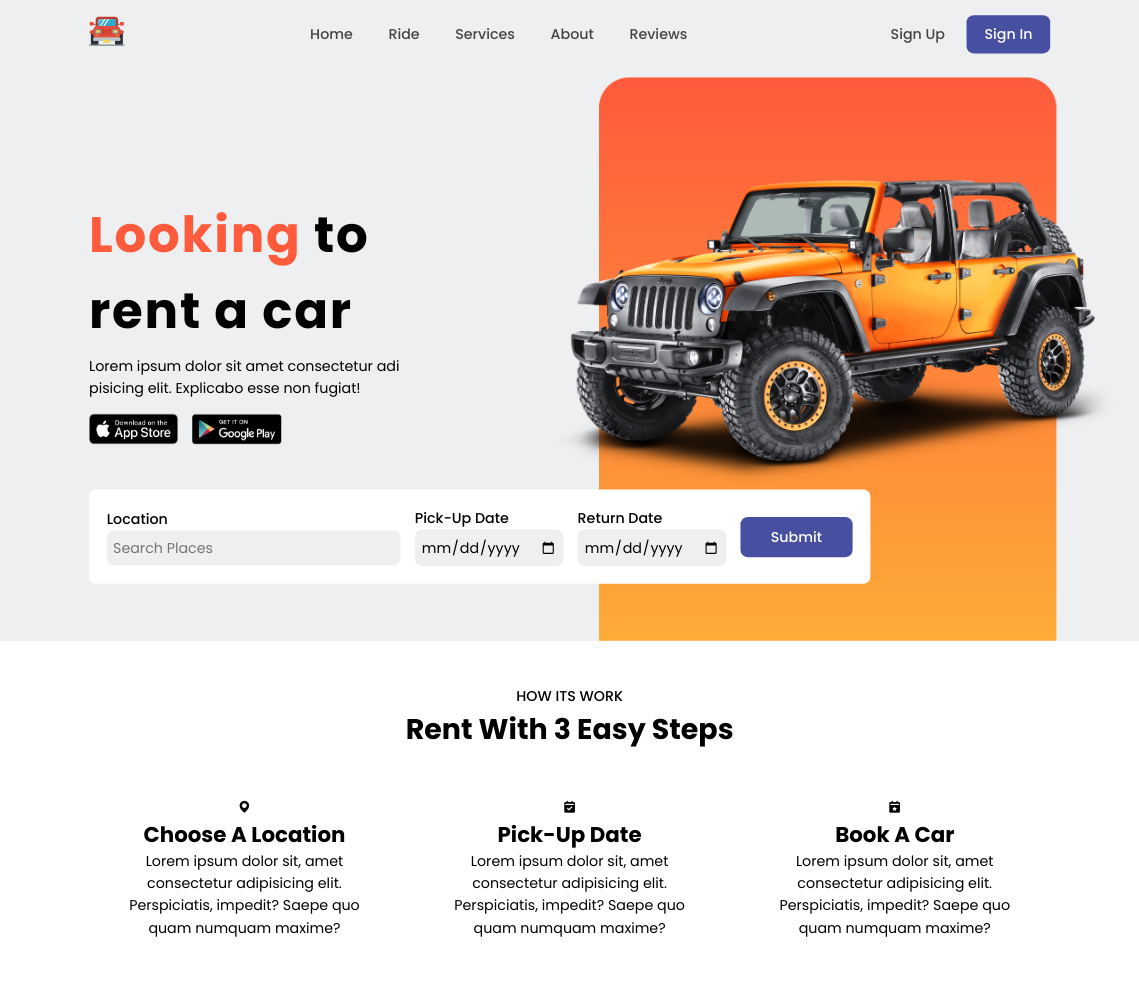
Repository: douglasabnovato/car-rental
Page: index.html
An editor plug-in stored every save of this project. The page is shown before and after the next save, followed by the edit.
The browser window is 1280 px wide. The pictures show the whole page, at 89% of full size.

Above is the page before, as saved 2025-05-16 14:45:23.

After the next save:
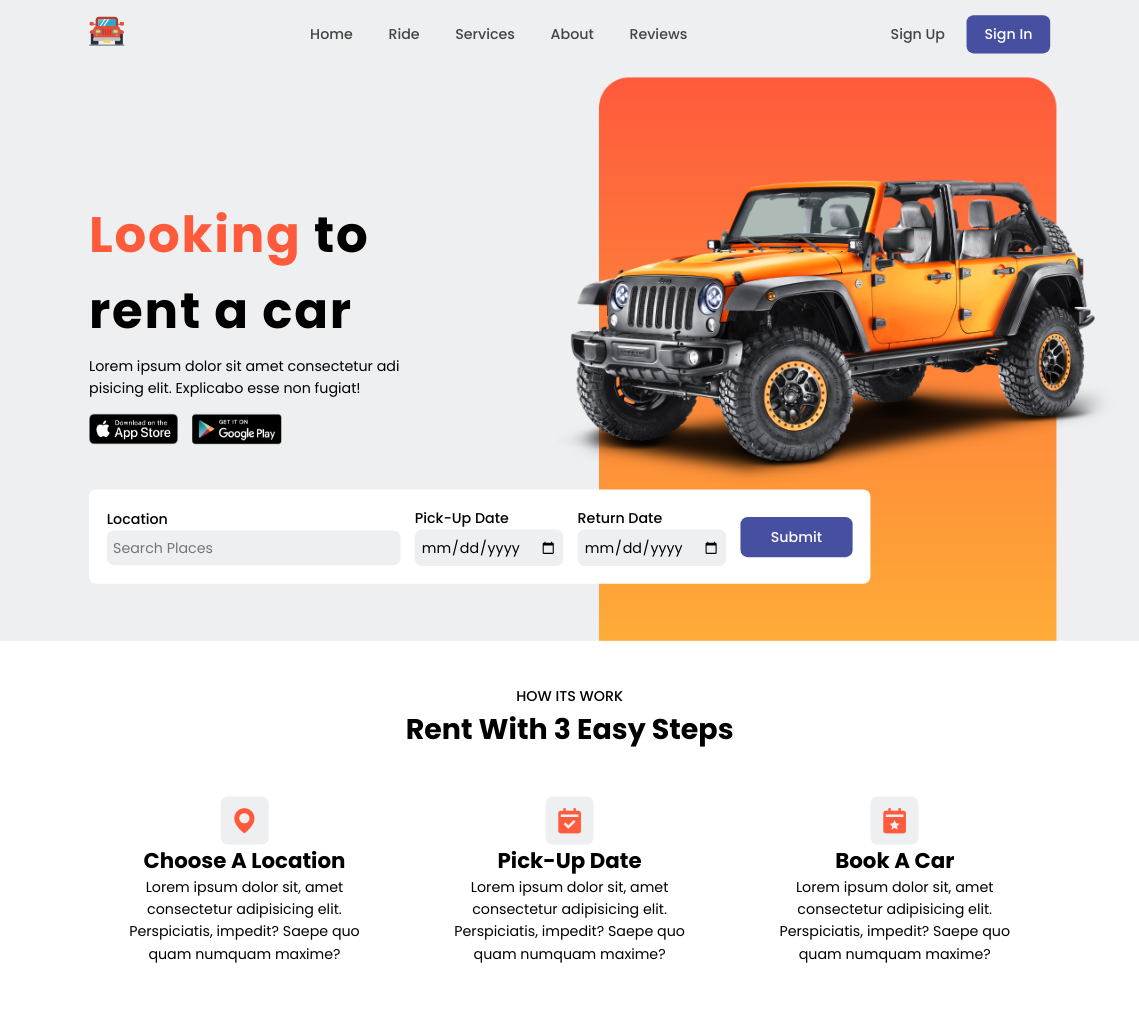
Saved 54 s later.
--- a/style.css
+++ b/style.css
@@ -206,16 +206,23 @@ header {
   font-size: 2rem;
 }
 
-.ride-container{
-    display: grid;
-    align-items: center;
-    grid-template-columns: repeat(auto-fit, minmax(250px,auto));
-    gap: 1rem;
-    margin-top: 2rem;
+.ride-container {
+  display: grid;
+  align-items: center;
+  grid-template-columns: repeat(auto-fit, minmax(250px, auto));
+  gap: 1rem;
+  margin-top: 2rem;
 }
 
 .ride-container .box {
-    text-align: center;
-    padding: 20px;
-
-}
+  text-align: center;
+  padding: 20px;
+}
+
+.ride-container .box .bx {
+    font-size: 34px;
+    padding: 10px;
+    background: #eeeff1;
+    border-radius: .5rem;
+    color: var(--main-color);
+}
